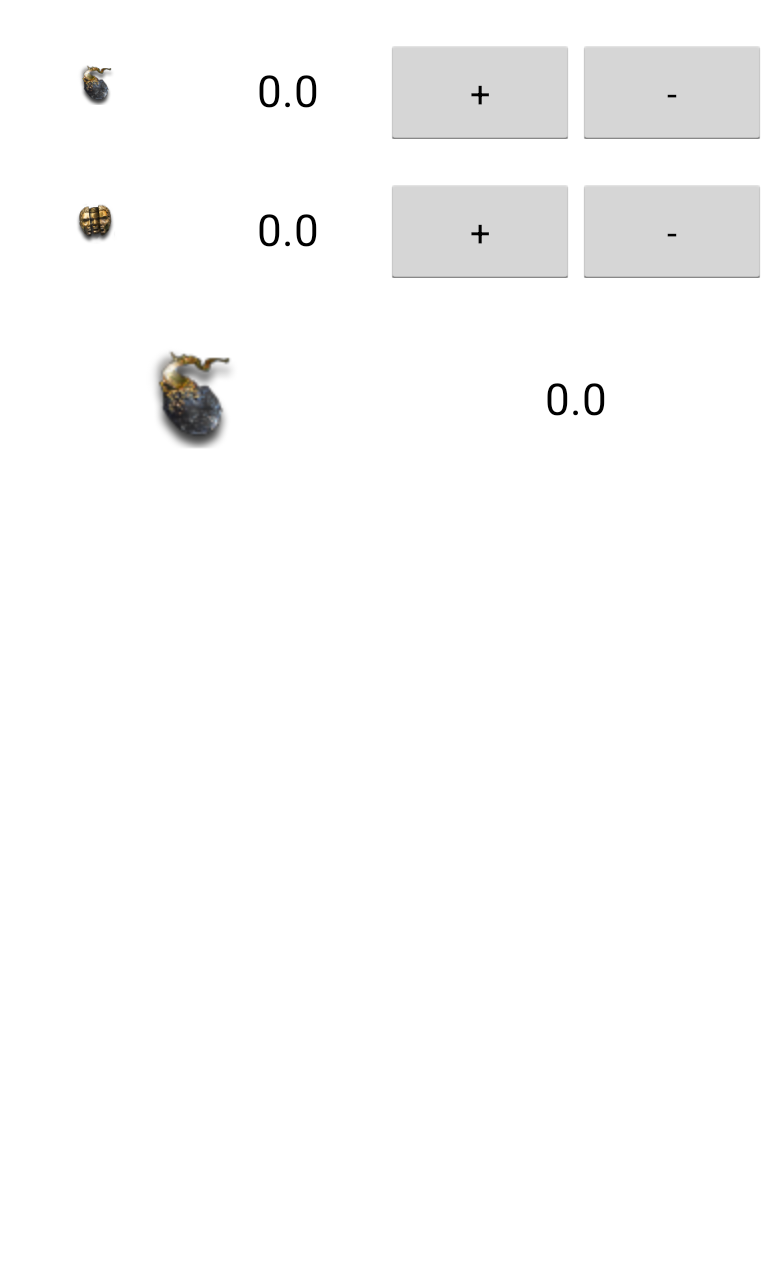
Repository: erictoddhagen/StartingAndriod
Layout: MyFirstApp/OrbTradeTracker/res/layout/activity_main.xml
An editor plug-in stored every save of this project. The layout is shown before and after the next save, followed by the edit.
It is drawn on a 768 x 1280 px phone screen (xhdpi) without system bars, with theme AppTheme; the app's code is not run.

Above is the layout before, as saved 2013-02-03 20:05:13.

After the next save:
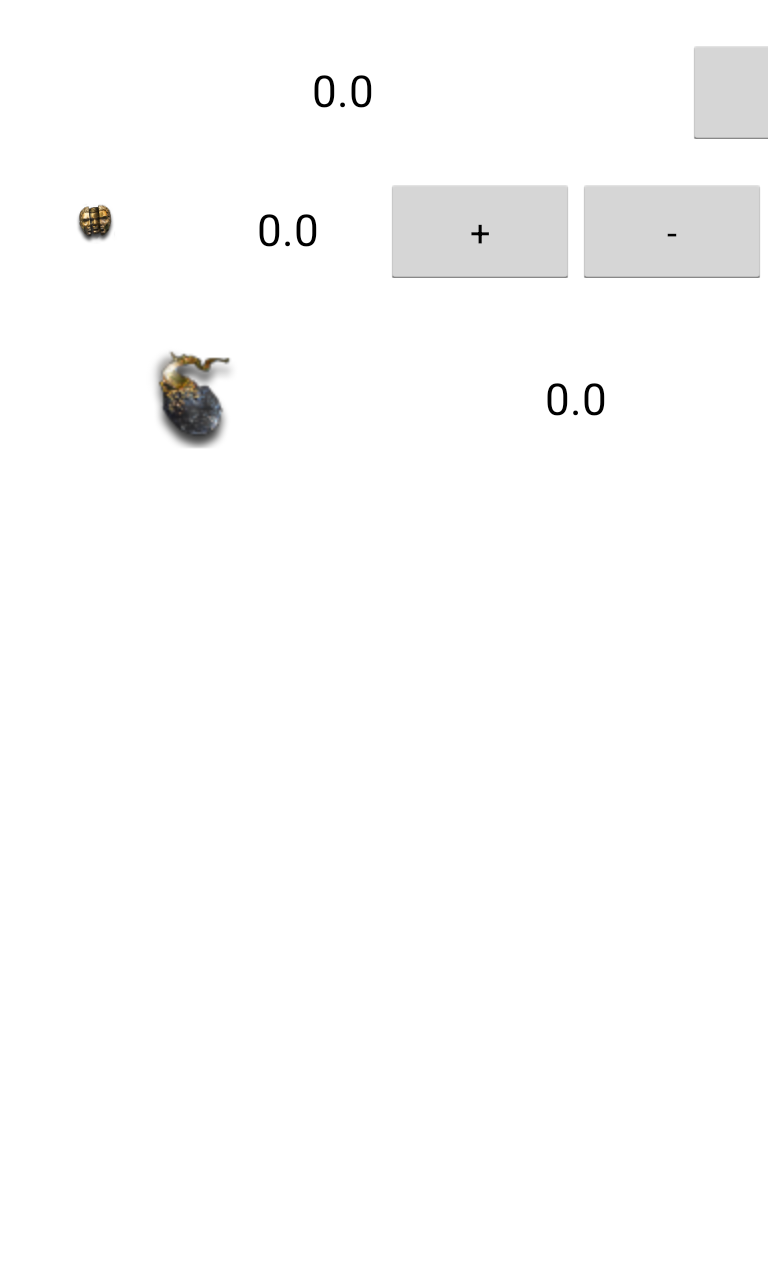
Saved 5 min 2 s later.
--- a/MyFirstApp/OrbTradeTracker/res/layout/activity_main.xml
+++ b/MyFirstApp/OrbTradeTracker/res/layout/activity_main.xml
@@ -16,7 +16,7 @@
         android:layout_width="fill_parent"
         android:layout_height="fill_parent"
         android:padding="15dip"
-        android:layout_weight="1"
+        android:layout_weight="5"
         android:gravity="center"
         android:src="@drawable/alchemy" />
 
@@ -26,7 +26,7 @@
         android:layout_height="fill_parent"
         android:text="0.0"
         android:padding="15dip"
-        android:layout_weight="1"
+        android:layout_weight=".2"
         android:gravity="center"
         android:textAppearance="?android:attr/textAppearanceLarge" />
 
@@ -35,7 +35,7 @@
         android:layout_width="fill_parent"
         android:layout_height="wrap_content"
         android:padding="15dip"
-        android:layout_weight="1"
+        android:layout_weight=".2"
         android:gravity="center"
         android:text="+" />
 
@@ -44,7 +44,7 @@
         android:layout_width="fill_parent"
         android:layout_height="wrap_content"
         android:padding="15dip"
-        android:layout_weight="1"
+        android:layout_weight=".2"
         android:gravity="center"
         android:text="-" />
 </LinearLayout>

After the save that followed:
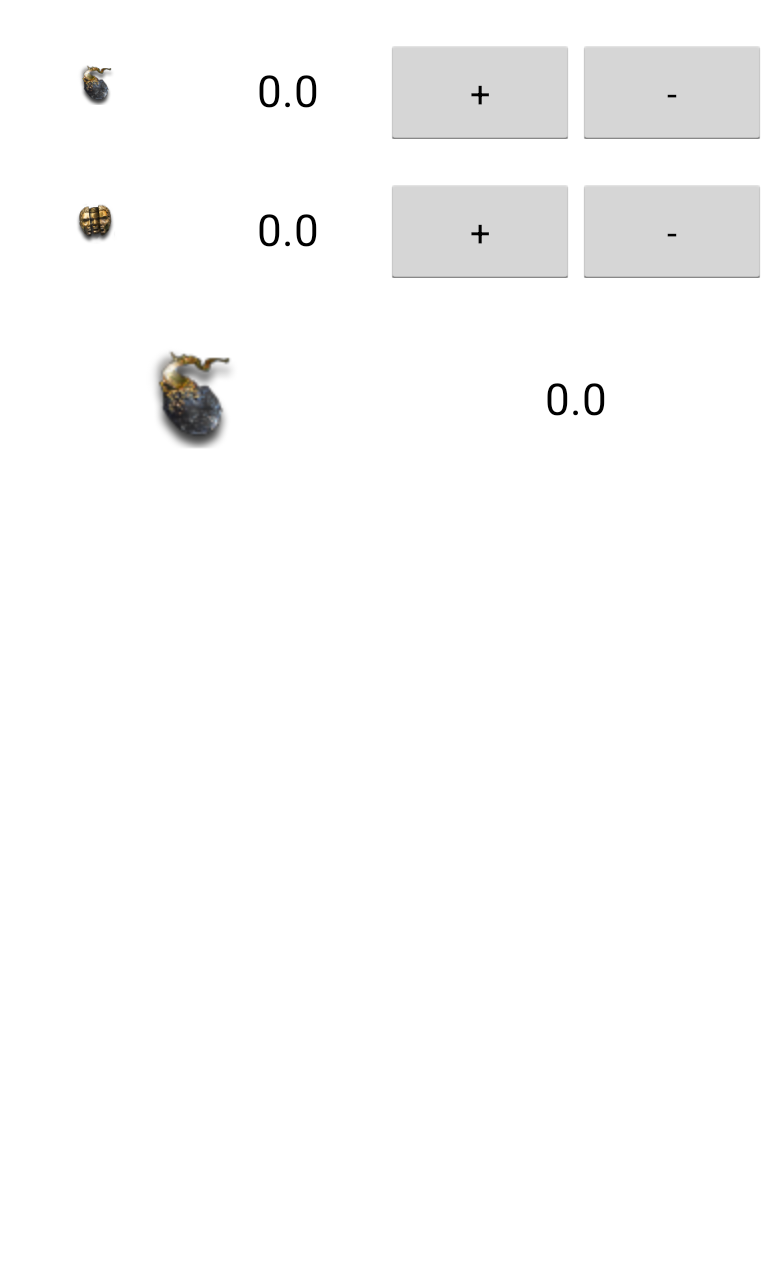
Saved 9 s later.
--- a/MyFirstApp/OrbTradeTracker/res/layout/activity_main.xml
+++ b/MyFirstApp/OrbTradeTracker/res/layout/activity_main.xml
@@ -16,7 +16,7 @@
         android:layout_width="fill_parent"
         android:layout_height="fill_parent"
         android:padding="15dip"
-        android:layout_weight="5"
+        android:layout_weight="1"
         android:gravity="center"
         android:src="@drawable/alchemy" />
 
@@ -26,7 +26,7 @@
         android:layout_height="fill_parent"
         android:text="0.0"
         android:padding="15dip"
-        android:layout_weight=".2"
+        android:layout_weight="1"
         android:gravity="center"
         android:textAppearance="?android:attr/textAppearanceLarge" />
 
@@ -35,7 +35,7 @@
         android:layout_width="fill_parent"
         android:layout_height="wrap_content"
         android:padding="15dip"
-        android:layout_weight=".2"
+        android:layout_weight="1"
         android:gravity="center"
         android:text="+" />
 
@@ -44,7 +44,7 @@
         android:layout_width="fill_parent"
         android:layout_height="wrap_content"
         android:padding="15dip"
-        android:layout_weight=".2"
+        android:layout_weight="1"
         android:gravity="center"
         android:text="-" />
 </LinearLayout>
